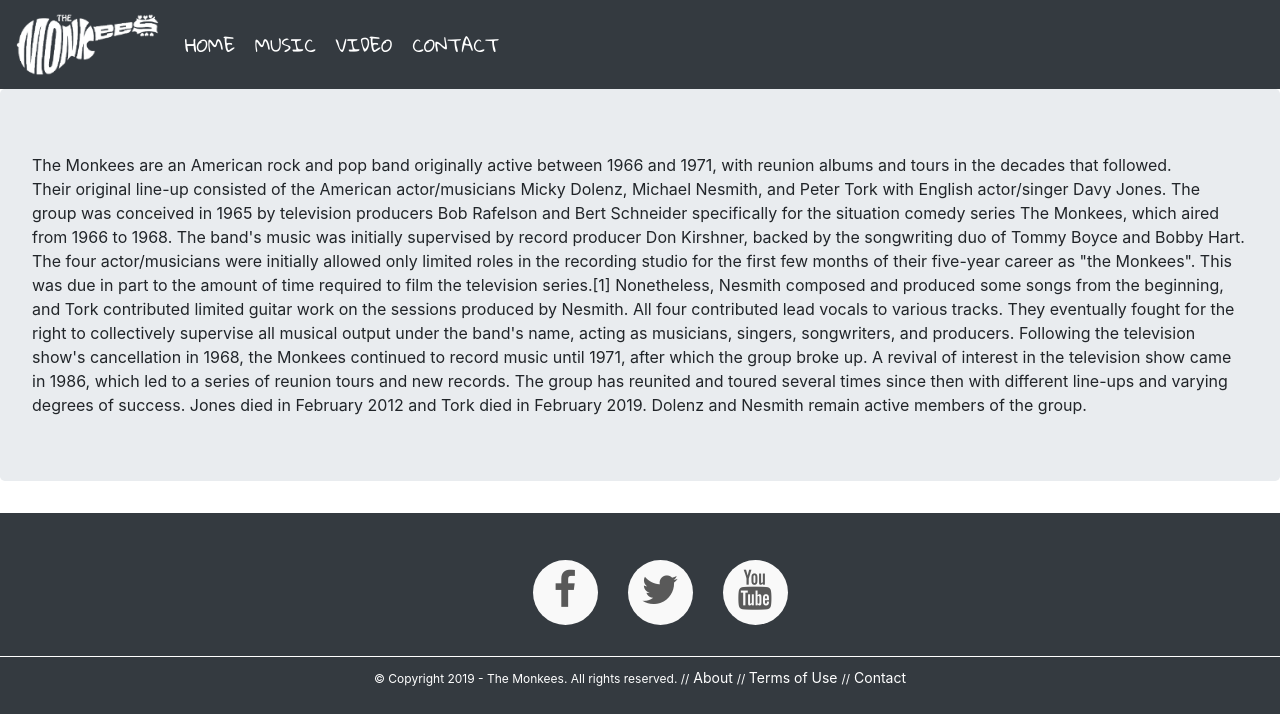
Repository: Code-Institute-Submissions/the_monkees-3
Page: about.html
The author's editor kept a record of every edit. The page is drawn from the files as they stood at one moment, then again after the next edit.
The browser window is 1280 px wide. The pictures show the whole page.
Some web libraries are served in a nearby version.

Above is the page before.

### about.html
<!DOCTYPE html>
<html lang="en">
<head>
    <meta charset="UTF-8">
    <meta name="viewport" content="width=device-width, initial-scale=1.0">
    <meta http-equiv="X-UA-Compatible" content="ie=edge">
    <script type="text/javascript" src="https://cdnjs.cloudflare.com/ajax/libs/jquery/2.1.3/jquery.min.js"></script>
    <script type="text/javascript" src="https://stackpath.bootstrapcdn.com/bootstrap/4.3.1/js/bootstrap.min.js"></script>
    <link rel="stylesheet" href="https://stackpath.bootstrapcdn.com/bootstrap/4.3.1/css/bootstrap.min.css" type="text/css" />
    <link rel="stylesheet" href="https://stackpath.bootstrapcdn.com/font-awesome/4.7.0/css/font-awesome.min.css" type="text/css" />
    <link rel="stylesheet" href="assets/css/style.css" type="text/css" />
    <title>Home|The Monkees</title>
</head>
<body>
  <header>
<!--------------------Navigation-->
    <nav class="navbar navbar-expand-sm bg-dark navbar-dark stroke">
      <a class="navbar-brand" href="index.html">
        <img src="assets/image/LOGO.png" id="logo-transparent" alt="logo" style="width:143px;">
      </a>
      <button type="button" class="navbar-toggler" data-toggle="collapse" data-target="#navbarCollapse">
        <span class="navbar-toggler-icon"></span>
      </button>

    <div class="collapse navbar-collapse" id="navbarCollapse">
      <ul class="navbar-nav">
        <li class="nav-item">
          <a class="nav-link " id="navbar-select-color" href="index.html">Home</a>
        </li>

        <li class="nav-item">
          <a class="nav-link" id="navbar-select-color" href="music.html">Music</a>
        </li>
        <li class="nav-item">
          <a class="nav-link" id="navbar-select-color" href="video.html">Video</a>
        </li>
        <li class="nav-item">
          <a class="nav-link" id="navbar-select-color" href="contact.html">Contact</a>
        </li>
      </ul>
    </div>
    </nav>
  </header>
  <section>
    <div class="biography jumbo">
      <p class="jumbotron">The Monkees are an American rock and pop band originally active between 1966 and 1971, with reunion albums and tours in the decades that followed.
      <br>Their original line-up consisted of the American actor/musicians Micky Dolenz, Michael Nesmith, and Peter Tork with English actor/singer Davy Jones.
      The group was conceived in 1965 by television producers Bob Rafelson and Bert Schneider specifically for the situation comedy series The Monkees, which aired from 1966 to 1968.
      The band's music was initially supervised by record producer Don Kirshner, backed by the songwriting duo of Tommy Boyce and Bobby Hart.

The four actor/musicians were initially allowed only limited roles in the recording studio for the first few months of their five-year career as "the Monkees".
This was due in part to the amount of time required to film the television series.[1] Nonetheless, Nesmith composed and produced some songs from the beginning, and Tork contributed limited guitar work on the sessions produced by Nesmith.
All four contributed lead vocals to various tracks. They eventually fought for the right to collectively supervise all musical output under the band's name, acting as musicians, singers, songwriters, and producers.

Following the television show's cancellation in 1968, the Monkees continued to record music until 1971, after which the group broke up.
A revival of interest in the television show came in 1986, which led to a series of reunion tours and new records.
The group has reunited and toured several times since then with different line-ups and varying degrees of success.
Jones died in February 2012 and Tork died in February 2019. Dolenz and Nesmith remain active members of the group. </p>
    </div>


  </section>

<footer class="mainfooter bg-dark " role="contentinfo">
  <div class="footer-middle">
      <ul class="social-network social-circle">
             <li><a href="https://www.facebook.com/" class="icoFacebook" title="Facebook"><i class="fa fa-facebook"></i></a></li>
             <li><a href="https://twitter.com/" class="icoTwitter" title="Twitter"><i class="fa fa-twitter"></i></a></li>
             <li><a href="https://www.youtube.com" class="icoYoutube" title="Youtube"><i class="fa fa-youtube"></i></a></li>

      </ul>
	<div class="col-md-12 copy">
			<p class="text-center">&copy; Copyright 2019 - The Monkees.  All rights reserved. //<a href="about.html"> About </a> // <a href="terms_of_use.html"> Terms of Use </a> //<a href="contact.html"> Contact </a></p>

	</div>
  </div>
</footer>

</body>
</html>

Loaded but not shown: assets/css/style.css (1003 lines, source omitted)

After the next edit:
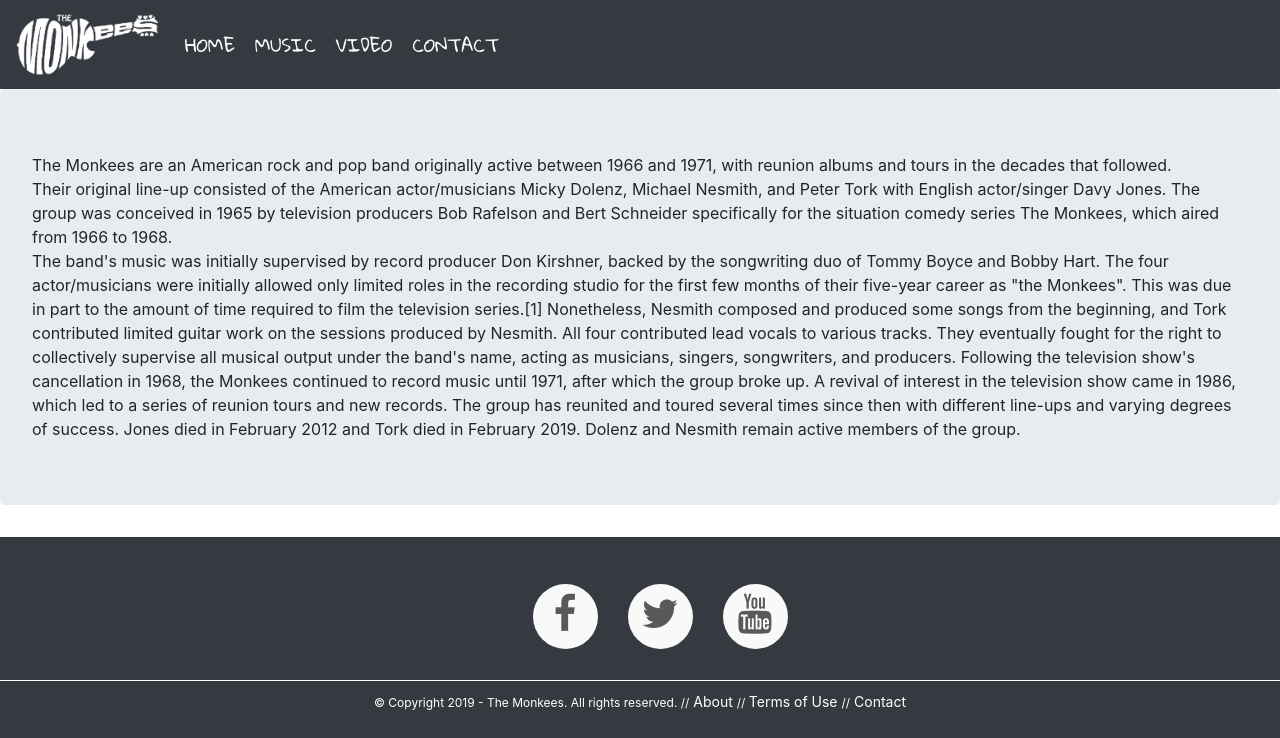
The edit:
--- a/about.html
+++ b/about.html
@@ -46,7 +46,7 @@
       <p class="jumbotron">The Monkees are an American rock and pop band originally active between 1966 and 1971, with reunion albums and tours in the decades that followed.
       <br>Their original line-up consisted of the American actor/musicians Micky Dolenz, Michael Nesmith, and Peter Tork with English actor/singer Davy Jones.
       The group was conceived in 1965 by television producers Bob Rafelson and Bert Schneider specifically for the situation comedy series The Monkees, which aired from 1966 to 1968.
-      The band's music was initially supervised by record producer Don Kirshner, backed by the songwriting duo of Tommy Boyce and Bobby Hart.
+      <br>The band's music was initially supervised by record producer Don Kirshner, backed by the songwriting duo of Tommy Boyce and Bobby Hart.
 
 The four actor/musicians were initially allowed only limited roles in the recording studio for the first few months of their five-year career as "the Monkees".
 This was due in part to the amount of time required to film the television series.[1] Nonetheless, Nesmith composed and produced some songs from the beginning, and Tork contributed limited guitar work on the sessions produced by Nesmith.
